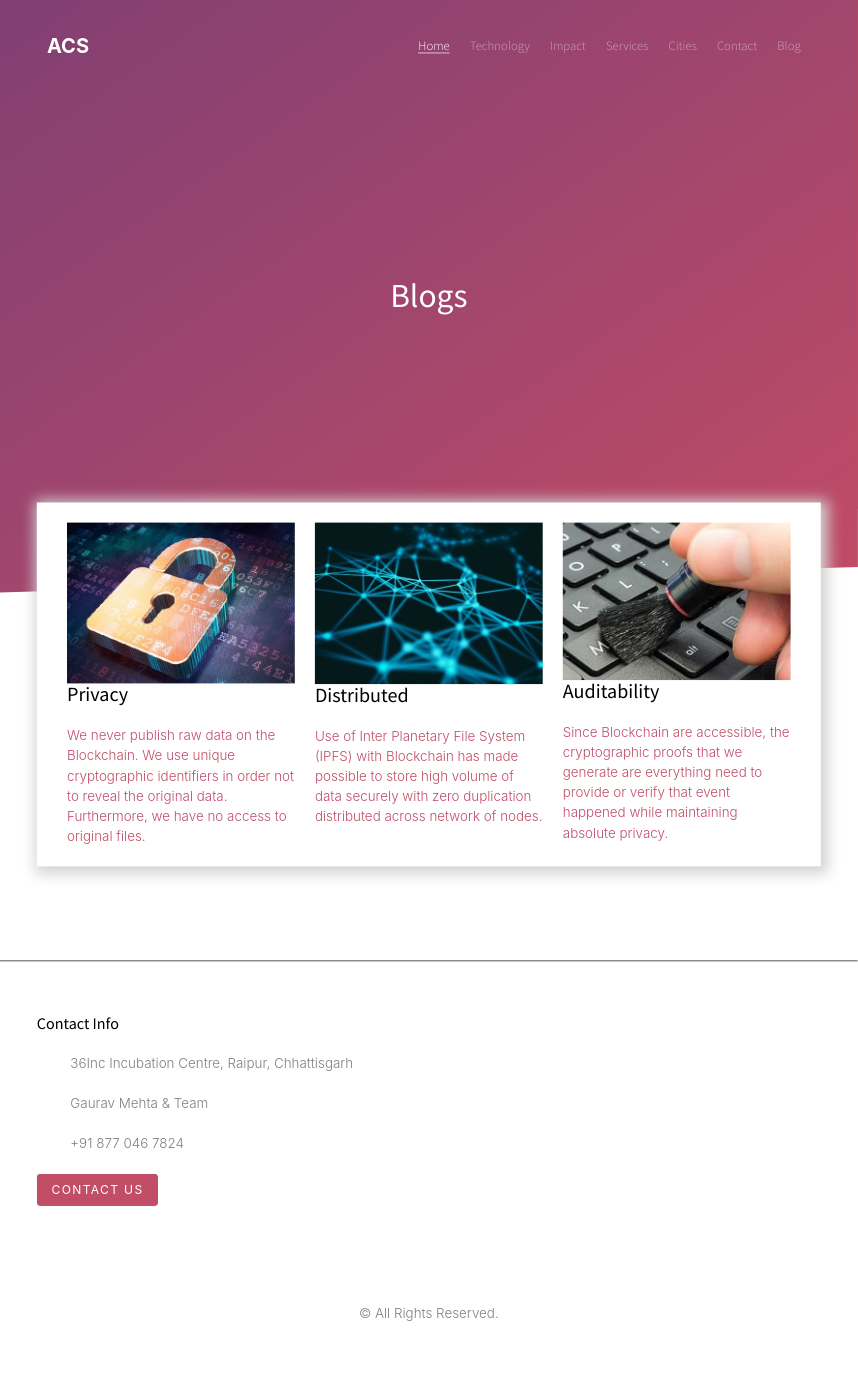
Repository: agarwalrahul-22/acs
Page: /blog
These files come from the project's save history. The page is drawn as it stood at one moment and after the next save; the edit follows.
The browser window is 1280 px wide. The pictures show the whole page, at 67% of full size.
Some web fonts or font styles are not loaded; a fallback is used. The project was rebuilt for these pictures with package versions that can differ from the ones it lists, and the page was loaded fresh each time. Also part of the build but not shown: src/components/main/LandingComponent.js, src/components/main/TechComponent.js, src/components/main/ImpactComponent.js, src/components/main/ServicesComponent.js, src/components/main/CitiesComponent.js, src/components/main/ContactComponent.js, src/components/MainComponent.js, src/components/IBlogComponent.js.

Above is the page before, as saved 2022-10-10 22:30:50.

After the next save:
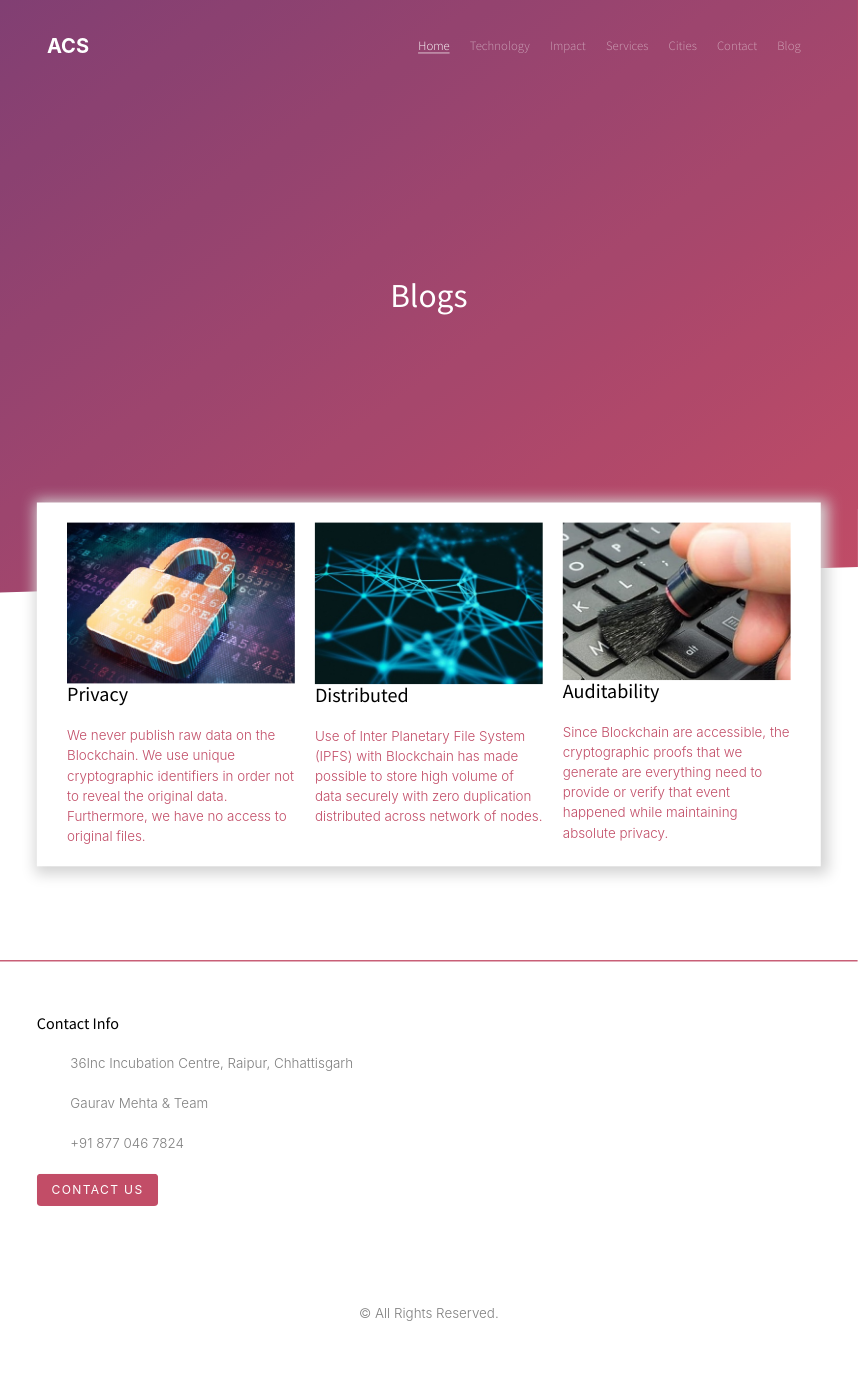
Saved 76 s later.
--- a/src/components/FooterComponent.js
+++ b/src/components/FooterComponent.js
@@ -3,7 +3,11 @@ import React from 'react'
 export default function FooterComponent() {
   return (
     <div>
-      <section id="fh5co-contact" data-section="contact" style={{borderTop:'2px solid '}}>
+      <section
+        id="fh5co-contact"
+        data-section="contact"
+        style={{ borderTop: "2px solid #c24d67" }}
+      >
         <div className="container">
           <div className="row">
             <div className="row row-bottom-padded-md">
